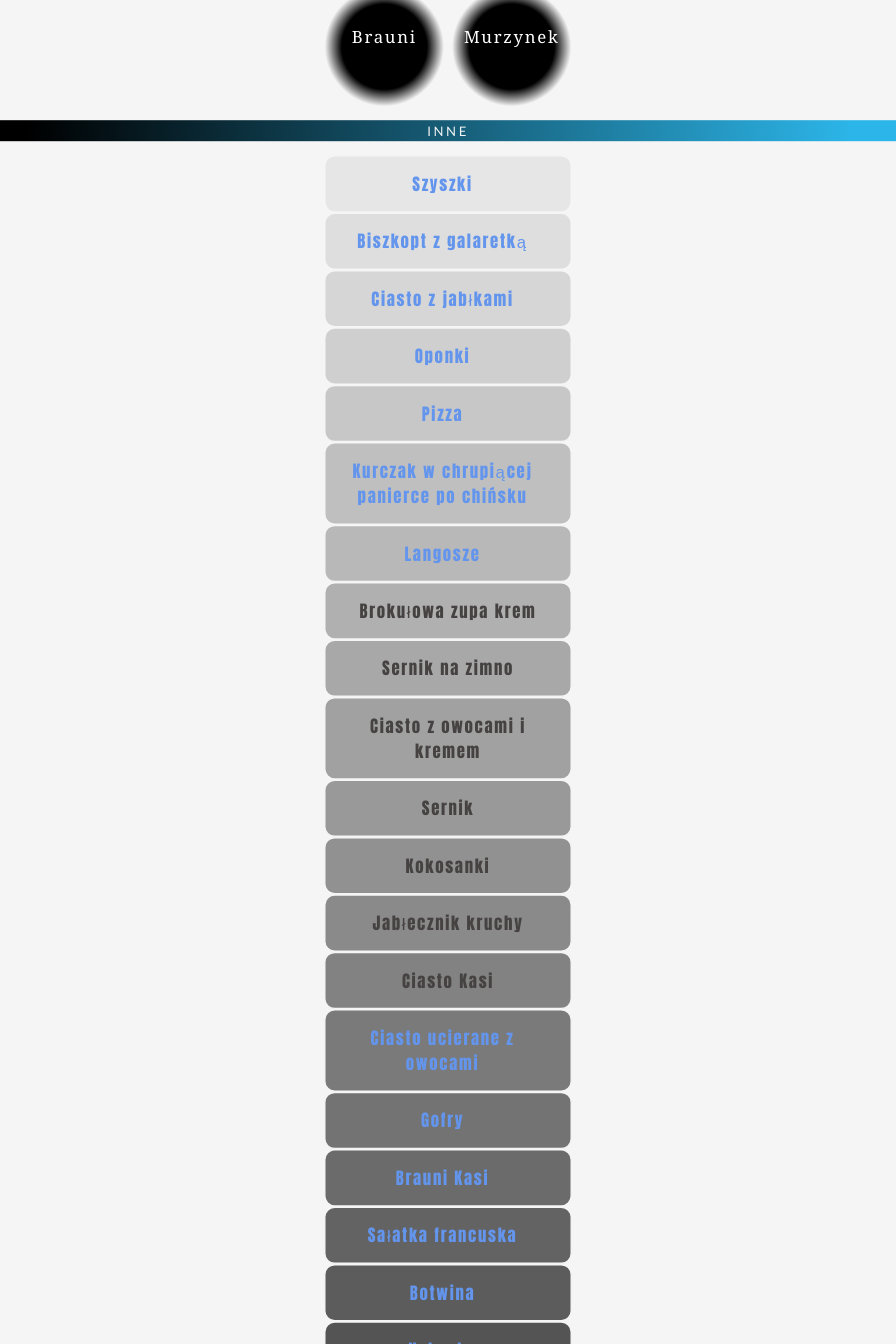
Repository: yaoayh/przepisy
Page: index.html
An editor plug-in stored every save of this project. The page is shown before and after the next save, followed by the edit.
The browser window is 1280 px wide. The pictures show the part of the page from y = 534 to 2454 px (the page is 3137 px tall), at 70% of full size.

Above is the page before, as saved 2020-08-14 18:15:26.

### index.html
<!DOCTYPE html>
<html>
    <head>
        <title>Przepisy</title>

        <meta charset="UTF-8">
        <meta name="viewport" content="width=device-width,
        initial-scale=1.0">
        <meta name="author" content="Dawid Litwin">

        <link rel="shortcut icon" href="images/icon.jpg">

        <link href="css/styles.css" type="text/css"
        rel="stylesheet" />
    </head>

    <body>
        <!--                HEADER                           -->
        <div id="header">
            <div class="picture">
                <a href="#top"><img src="images/precel.jpg" alt="precel"
                title="obrazek przedstawiajacy precel"
                width= "82,8" height= "82,8"></a>
            </div>
        <h1>Przepisy</h1>
        </div>


        <!--                    INFO 1                       -->

        <div class="info_Nr1">
            <h3>Ulubione</h3>
        </div>
        <!--                    SQARES                       -->

        <form class="head_Sqares">
            <!----------------------------------------------------------------------------------------------------------------------------------------------------------------------->
            <a class="m1" href="podstrony/metrowiec.html">
            <div class="sqares_Left">
                <p class="favorites">Metrowiec
                </p>
            </div></a>
            <a href="podstrony/Zebra.htm">
            <div class="sqares_Right">
                <p class="favorites">Zebra</p>
            </div></a>
            <!---->
            <a href="podstrony/blok_Czekoladowy.html"><div class="sqares_Left">
                <p class="bigger">Blok Czekoladowy</p>
            </div></a>
            <a href="podstrony/faworki.html"><div class="sqares_Right">
                <p>Faworki</p>
            </div></a>
            <!---->
            <a href="podstrony/brauni.html"> <div class="sqares_Left">
                <p>Brauni</p>
            </div></a>
            <a href="podstrony/murzynek.html"><div class="sqares_Right">
                <p>Murzynek</p>
            </div></a>
            <!----------------------------------------------------------------------------------------------------------------------------------------------------------------------->
        </form>
        <div class="info_Nr2">
            <h3>Inne</h3>
        </div>
        <!--            CZEŚĆ DRUGA                          -->

        <form class="main2">
            <a href="podstrony/szyszki.html"><div class="n1"><p class="p1">Szyszki</p></div></a>
            <a href="podstrony/biszkopt_z_galaretką.html"><div class="n2"><p class="p1">Biszkopt z galaretką</p></div></a>
            <a href="podstrony/ciasto_z_jablkami.html"><div class="n3"><p class="p1">Ciasto z jabłkami</p></div></a>
            <a href="podstrony/oponki.html"><div class="n4"><p class="p1">Oponki</p></div></a>
            <a href="podstrony/pizza.html"><div class="n5"><p class="p1">Pizza</p></div></a>
            <a href="podstrony/kurczak_po_chinsku.html"><div class="n6"><p class="p1">Kurczak w chrupiącej panierce po chińsku</p></div></a>
            <a href="podstrony/langosze.html"><div class="n7"><p class="p1">Langosze</p></div></a>
            <a href="podstrony/brokulowa_zupa_krem.html"><div class="n8"><p class="p1_Shadow">Brokułowa zupa krem</p></div></a>
            <a href="podstrony/sernik_na_zimno.html"><div class="n9"><p class="p1_Shadow">Sernik na zimno</p></div></a>
            <a href="podstrony/ciasto_z_owocami_i_kremem.html"><div class="n10"><p class="p1_Shadow">Ciasto z owocami i kremem</p></div></a>
            <a href="podstrony/sernik.html"><div class="n11"><p class="p1_Shadow">Sernik</p></div></a>
            <a href="podstrony/kokosanki.html"><div class="n12"><p class="p1_Shadow">Kokosanki</p></div></a>
            <a href="podstrony/jablecznik_kruchy.html"><div class="n13"><p class="p1_Shadow">Jabłecznik kruchy</p></div></a>
            <a href="podstrony/ciasto_kasi.html"><div class="n14"><p class="p1_Shadow">Ciasto Kasi</p></div></a>
            <a href="podstrony/ciasto_ucierane.html"><div class="n15"><p class="p1">Ciasto ucierane z owocami</p></div></a>
            <a href="podstrony/gofry.html"><div class="n16"><p class="p1">Gofry</p></div></a>
            <a href="podstrony/brauni.html"><div class="n17"><p class="p1">Brauni Kasi</p></div></a>
            <a href="podstrony/salatka_francuska.html"><div class="n18"><p class="p1">Sałatka francuska</p></div></a>
            <a href="podstrony/botwina.html"><div class="n19"><p class="p1">Botwina</p></div></a>
            <a href="podstrony/nalewka.html"><div class="n20"><p class="p1">Nalewka</p></div></a>
            <a href="podstrony/salatka_zolta.html"><div class="n21"><p class="p1">Sałatka żółta</p></div></a>
            <a href="podstrony/ogorki_konserwowe.html"><div class="n22"><p class="p1">Ogórki konserwowe</p></div></a>
            <a href="podstrony/zacierki.html"><div class="n23"><p class="p1">Zacierki</p></div></a>
            <div class="n24"><p class="p1">Zupa serowa z pulpetami</p></div>
            <a href="podstrony/sos_beszamelowy_zapiekany.html"><div class="n25"><p class="p1">Sos beszamelowy Zapiekany</p></div></a>
            <a href="podstrony/kurczak_z_antylii.html">
                <div class="n26">
                    <p class="p1">Kurczak z Antylii</p>
                </div>
            </a>
            <br>

        </form>
        <br><br><br>

        <!--            PRAWA AUTORIESKIE                    -->

        <form class="bottom">
            <strong> <q>Precel</q>
                by <a class="a_Bottom" href="https://www.flickr.com/photos/ajay_suresh/">ajay_suresh</a>
        </strong>
        </form>


    </body>
</html>

### css/styles.css
@keyframes moving {
    from {
        transform: translateX(-5px);
    }
    to {
        transform: translateX(5px);
    }
}
@keyframes shake {
    from {
        color: #2cb5e8;
    }
    to {
        color: whitesmoke;
    }
}
@keyframes main_Circle {
    from {
        /* background-color: cornflowerblue; */
        opacity: 0;
        /* background-image: radial-gradient(circle,red,red 50%,whitesmoke 70%); */
    }
    to {
        /* background-color: black; */
        opacity: 1;
        /* background-image: radial-gradient(circle,black,black 50%,whitesmoke 70%); */
    }
}
html{overflow: scroll;}
body {
    height: auto;
	margin: 0px;
    background-color: whitesmoke;
}

/*                      Nagłówek                    */
body.body_Undersite{
    padding: 5px;
}
#header {
    top: 0px;
    width: 100%;
    height: 90px;
    position: fixed;
    background-color: black;
    background-image: linear-gradient(141deg, #9fb8ad 0%, #1fc8db 51%, #2cb5e8 51%, #2cb5e8 75%);
    border-bottom: 2px solid cornflowerblue;}

.picture{
    margin: 16px;
    float: left;
    width: 82px;
    transform: rotate(45deg);}

h1 {
    text-transform: uppercase;
    font-family: Arial, Helvetica, sans-serif;
    letter-spacing: 0.2em;
    font-style: normal;
    color: whitesmoke;
    padding: 30px 30px 30px 15px;
    margin-left: 110px;
    margin-top: 0px;}


/*                  CZESC II                    */
form.main2{
    margin: auto;
    height: auto; /*531px;*/
    width: 354px;/*354px;*/
    background-color: whitesmoke;
    padding: 5px;}
.info_Nr1, .info_Nr2{
    background-image: linear-gradient(to right, black 3%,#2cb5e8 95%);
    border: 12px 12px 12px 12px;
    border-color: black;
    border-style: single;
    text-align: center;
    margin-top: 120px;
    margin-bottom: 15px;
}

h3 {
    font-weight: normal;
    color: whitesmoke;
    font-family: "Gill Sans", Arial, sans-serif;
    text-transform: uppercase;
    text-align: center;
    padding: 4px;
    margin: 0px;
    letter-spacing: 0.2em;}

/*                      BLOKI                   */

form.head_Sqares {
    margin: auto;
    height: 531px; /*531px;*/
    width: 354px;/*354px;*/
    background-color: whitesmoke;
    border-radius: 20px
    padding: 5px;}

.sqares_Left, .sqares_Right {
    /* opacity: 0; */
    text-decoration: none;
    border-radius: 15px;
    margin-top: 2px;
    width: 172px;
    height: 172px;
    /* background-image: linear-gradient(whitesmoke, black); */
    /* background-image: linear-gradient(white, black, black); */
    background-image: radial-gradient(circle,black,black 50%,whitesmoke 70%);
    color: white;
    /* overflow: auto; */
    animation-name: main_Circle;
    animation-duration: 3s;

    /* border: 2px solid rgba(0, 0, 0, .1); */
    /* border-top: 2px solid rgba(245, 245, 245, 0.959); */
    /* border-top: 2px solid rgb(133, 133, 133); */

}
.sqares_Left{
    float: left;
    }
/* .first_Choice{color: cornflowerblue;} */
.sqares_Right{
    float: right ;
    clear: right;}
p {

    border-radius: 5px;
    text-decoration: none;
    padding-top: 55px;
    text-align: center;
    font-family: Georgia, 'Times New Roman', Times, serif;
    font-size: x-large;
    letter-spacing: 0.10em;
    margin:0px;
    animation-name: shake;
    animation-duration: 3s;
}
p.p1_Shadow{padding: 21px; color: rgb(70, 66, 66);
    font-family: Impact, Haettenschweiler, 'Arial Narrow Bold', sans-serif;
text-decoration: none;
animation-name: moving;
    animation-duration: 1s;
    animation-timing-function:cubic-bezier(.57,-1.01,.67,.68) ;}
p.p1{
    font-family: Impact, Haettenschweiler, 'Arial Narrow Bold', sans-serif;
    text-decoration: none;
    padding: 21px;
    color: cornflowerblue;
    animation-name: moving;
    animation-duration: 20s;
    animation-timing-function:cubic-bezier(.58,-1.24,.29,1.98) ;
}
#bigger {
    font-size: 9px;
    padding: 0px 0px;}
.info_Nr2 {margin-top: 10px;}

.n1,.n2,.n3,.n4,.n5,.n6,.n7,.n8,.n9,.n10,.n11,.n12,.n13,.n14,.n15,.n16,.n17,.n18,.n19,.n20,.n21,.n22,.n23,.n24,.n25,.n26,.n27{
    border-radius: 15px;
    border: 2px solid whitesmoke;
    clear: both;}
div.n1 {

    background-color: hsl(0, 0%, 90%);
}
.n2{
    background-color: hsl(0,0%,87%);
}
.n3{
    background-color: hsl(0, 0%, 84%);
}
.n4{
    background-color: hsl(0, 0%, 81%);
}
.n5{
    background-color: hsl(0, 0%, 78%);
}
.n6{
    background-color: hsl(0, 0%, 75%);
}
.n7{
    background-color: hsl(0, 0%, 72%);
}
.n8{
    background-color: hsl(0, 0%, 69%);
}
.n9{
    background-color: hsl(0, 0%, 66%);
}
.n10{
    background-color: hsl(0, 0%, 63%);
}
.n11{
    background-color: hsl(0, 0%, 60%);
}
.n12{
    background-color: hsl(0, 0%, 57%);
}
.n13{
    background-color: hsl(0, 0%, 54%);
}
.n14{
    background-color: hsl(0, 0%, 51%);
}
.n15{
    background-color: hsl(0, 0%, 48%);
}
.n16{
    background-color: hsl(0, 0%, 45%);
}
.n17{
    background-color: hsl(0, 0%, 42%);
}
.n18{
    background-color: hsl(0, 0%, 39%);
}
.n19{
    background-color: hsl(0, 0%, 36%);
}
.n20{
    background-color: hsl(0, 0%, 33%);
}
.n21{
    background-color: hsl(0, 0%, 30%);
}
.n22{
    background-color: hsl(0, 0%, 27%);
}
.n23{
    background-color: hsl(0, 0%, 24%);
}
.n24{
    background-color: hsl(0, 0%, 21%);
}
.n25{
    background-color: hsl(0, 0%, 18%);
}
.n26{
    background-color: hsl(0, 0%, 15%);
}
.n27{background-color: hsl(0, 0%, 12%);}


/*                  PRAWA AUTORSKIE             */
.a_Bottom {
    text-decoration: none;
    color: white;
    text-decoration-line: underline;
}
.bottom {
    padding: 5px;
    text-decoration: none;
    background-color: black;
    color: white;
}
/**************************************************************************************/

#header_Undersite {
    top: 0px;
    width: 100%;
    height: 90px;
    position: fixed;
    background-color: black;
    border-bottom: 2px solid cornflowerblue;}
h1.h1_Undersite {
    letter-spacing: 0.15em;
}

a.m1:visited{
    color: cornflowerblue;
}
a {

    text-decoration: whitesmoke;

}
a:visited{
    color: whitesmoke;
}
a:hover{
    text-decoration: none;
    background-color: aquamarine;
    color: cyan;
}
td{
    font-size: large;
    text-decoration: solid;
    font-family: Arial, Helvetica, sans-serif;
    padding: 5px;
    background-color: cornflowerblue;
    border-radius: 5px;

}
form.form_Undersite{
    margin-top: 120px;
    background-color: rgb(245, 245, 245);
}
.name{
    max-width: 400px;
    border-radius: 35px;
    border: 8px double cornflowerblue;
    background-color: hsl(245,0%,95%);
    padding: 5px 0px 5px 5px;
    margin: 5px;}

h2 {
    text-align: left;
    font-size: x-large;
    text-transform: uppercase;
    font-family: Arial, Helvetica, sans-serif;
    letter-spacing: 0.2em;
    font-style: normal;
    color: whitesmoke;
    padding: 30px;
    border: 1px solid cornflowerblue;
    border-radius: 0px 20px 20px 0px;
    max-width: 120px;
    background-color: cornflowerblue;
    }
table {

    margin-right: 0px;
    padding: 10px 0px 10px 0px;
}
tr{
    empty-cells: hide;
}
td {
    width: 60px;
    background-color: hsl(0,0%,87%);
    border-radius: 10px;
    padding: 10px 5px 10px 10px;
    text-align: right;
    font-weight: bold;
}
td.table2{
    width: auto;
    background-color: cornflowerblue;
    border-radius: 50px;
    font-weight: normal;
    padding: 10px 10px 10px 10px;
    text-align: left;
}
ol{
    padding: 10px 0px 10px 0px;
    margin: 25px;
    border-radius: 20px;
    background-color: hsl(0,0%,87%);
}
li {

    font-family: Arial, Helvetica, sans-serif;
    font-size: large;
    padding: 15px 5px 10px 5px;
}
.ps{
    background-color: hsl(0,0%,87%);
    margin: 5px;
    border: 4px double cadetblue;
    border-radius: 5px;
    padding: 5px;
}

After the next save:
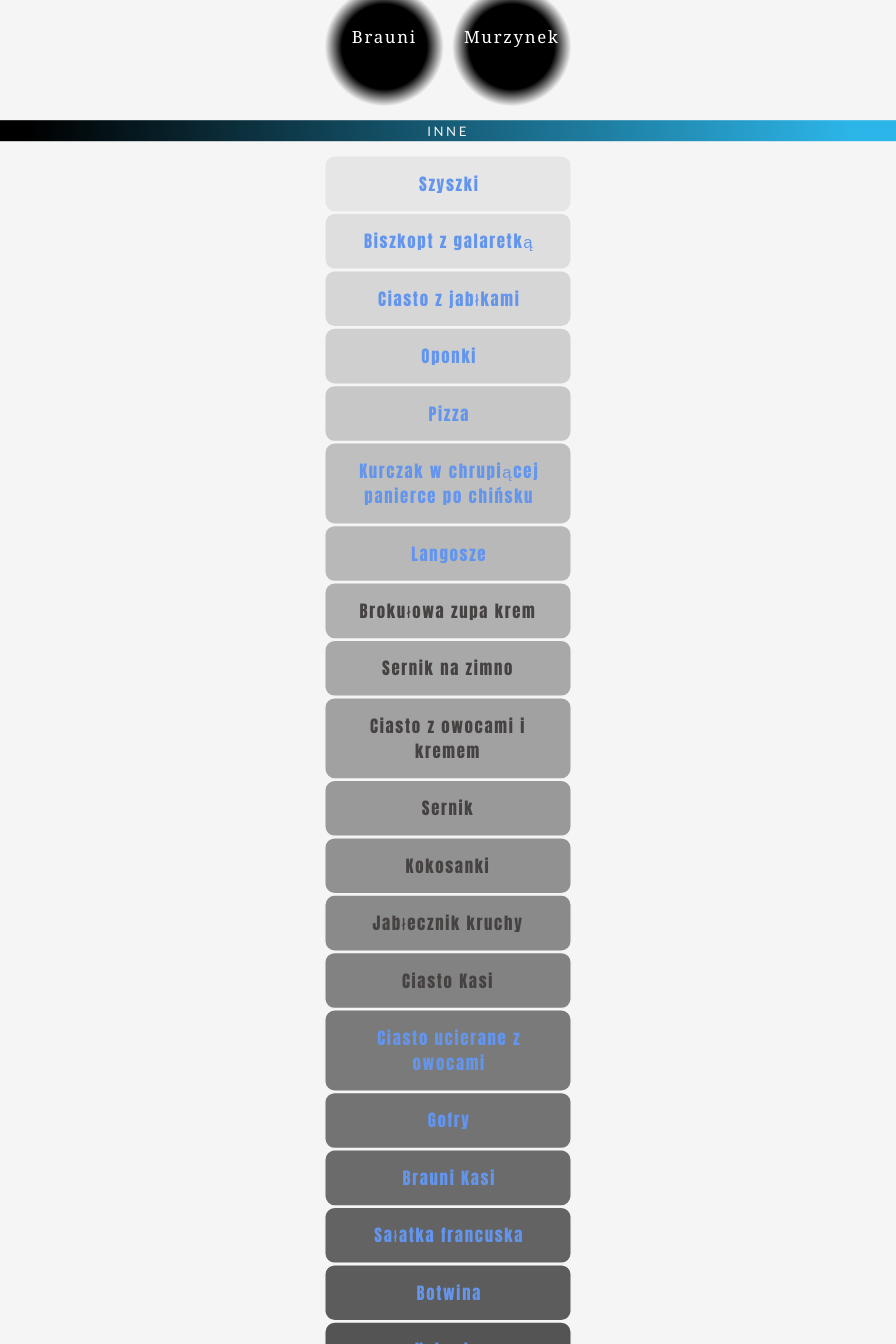
Saved 9 s later.
--- a/css/styles.css
+++ b/css/styles.css
@@ -152,7 +152,7 @@ p.p1{
     padding: 21px;
     color: cornflowerblue;
     animation-name: moving;
-    animation-duration: 20s;
+    animation-duration: 10s;
     animation-timing-function:cubic-bezier(.58,-1.24,.29,1.98) ;
 }
 #bigger {
